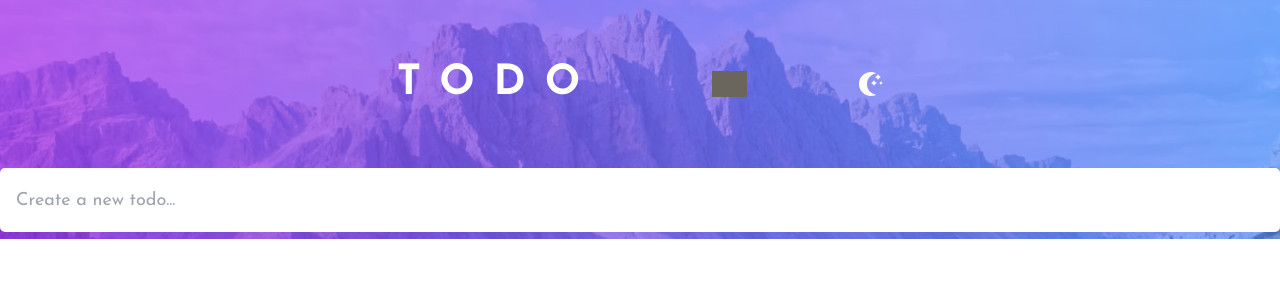
Repository: ikram-lisa/todo-list
Page: /
An editor plug-in stored every save of this project. The page is shown before and after the next save, followed by the edit.
The browser window is 1280 px wide. The pictures show the whole page.
Pictures or frames that could not be fetched are drawn as grey boxes. The project was rebuilt for these pictures with package versions that can differ from the ones it lists, and the page was loaded fresh each time. Also part of the build but not shown: vite.config.js.

Above is the page before, as saved 2024-05-14 22:54:45.

After the next save:
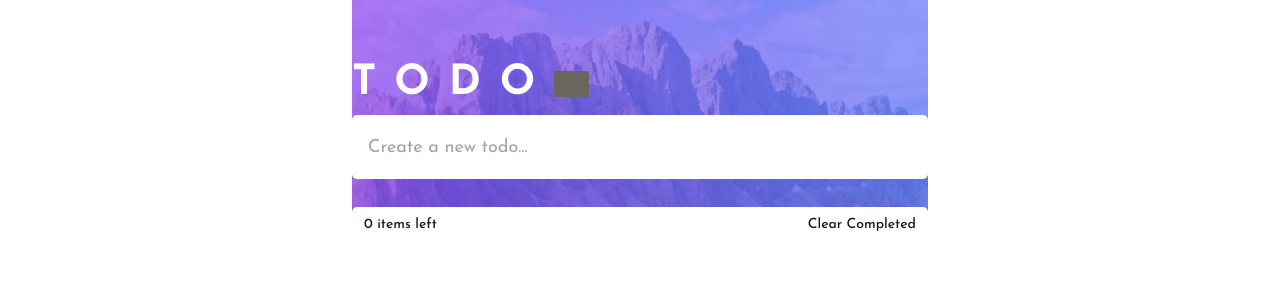
Saved 45 s later.
--- a/src/css/style.scss
+++ b/src/css/style.scss
@@ -11,8 +11,9 @@ body {
   font-weight: 400;
 }
 
-.theme {
-  background-color: #252525;
+.container-todo {
+  width: 45%;
+  margin: 0 auto;
 }
 .bg-light-theme {
   background-image: url("../assets/images/bg-desktop-light.jpg");
@@ -35,7 +36,7 @@ body {
 }
 .theme-content {
   width: 38%;
-  margin: 53px auto;
+  margin-top: 53px;
   h1 {
     font-weight: 700;
     color: white;
